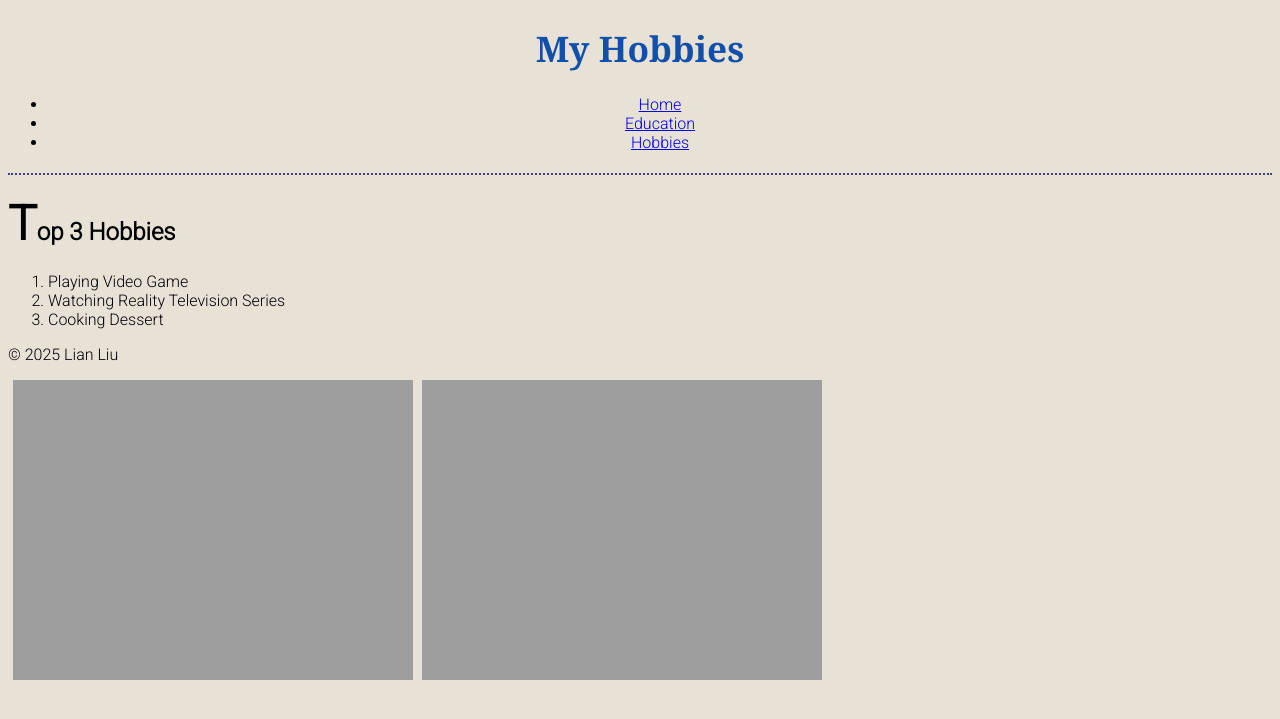
Repository: liulian26/CS5610
Page: assignment-1-liulian26/pages/hobbies.html
An editor plug-in stored every save of this project. The page is shown before and after the next save, followed by the edit.
The browser window is 1280 px wide. The pictures show the whole page.
Pictures or frames that could not be fetched are drawn as grey boxes.

Above is the page before, as saved 2025-02-01 00:12:11.

After the next save:
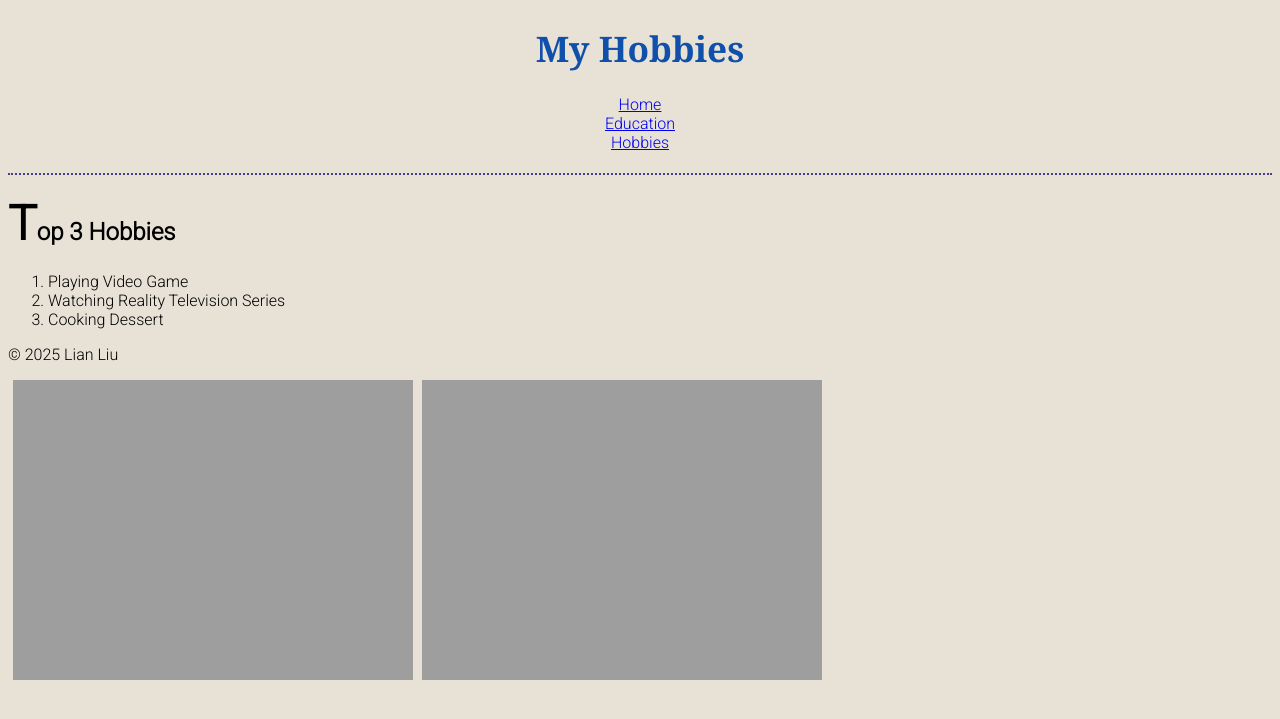
Saved 11 min 19 s later.
--- a/assignment-1-liulian26/css/styles.css
+++ b/assignment-1-liulian26/css/styles.css
@@ -17,6 +17,11 @@ h1 {
     font-size: 2.2em;
 }
 
+nav ul {
+    list-style-type: none;
+    padding: 0;
+    text-align: center;
+}
 
 body {
     background-color: rgb(231, 225, 214);
